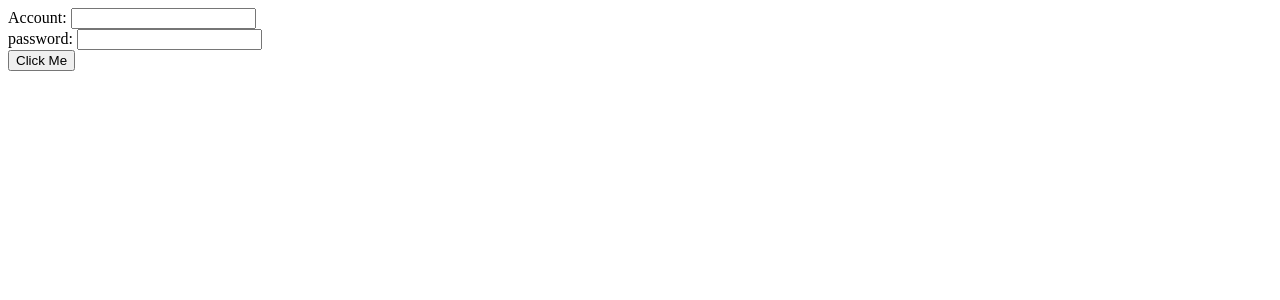
Repository: jessie9527/Java_Brad
Page: BradWeb/src/main/webapp/brad09.html
These files come from the project's save history. The page is drawn as it stood at one moment and after the next save; the edit follows.
The browser window is 1280 px wide. The pictures show the whole page.

Above is the page before, as saved 2023-05-09 06:02:47.

After the next save:
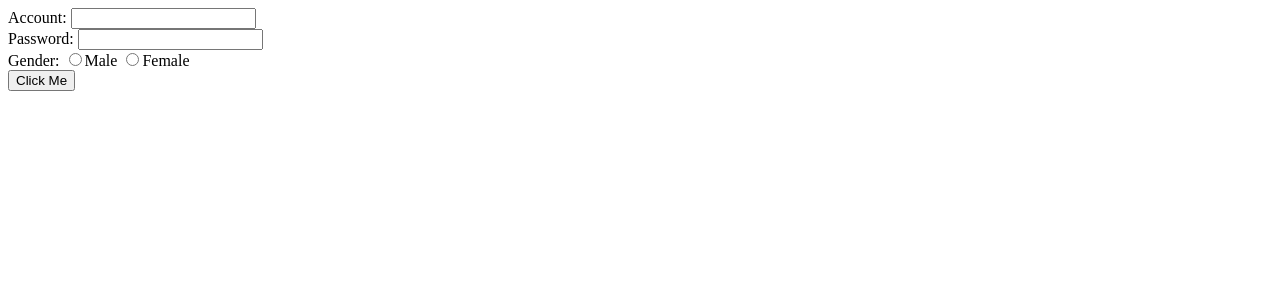
Saved 6 min 11 s later.
--- a/BradWeb/src/main/webapp/brad09.html
+++ b/BradWeb/src/main/webapp/brad09.html
@@ -8,7 +8,10 @@
 		<!-- method="get"指到後段的doGet，method="post"指到後段的doPost -->
 		<form action="Brad09" method="post">
 		Account:  <input type="text" name="account" /><br />
-		password: <input type="password" name="passwd" /><br />
+		Password: <input type="password" name="passwd" /><br />
+		Gender:   <input type="radio" />Male
+				  <input type="radio" />Female <br />
+
 		<input type="submit" value="Click Me" />
 		</form>
 	</body>
